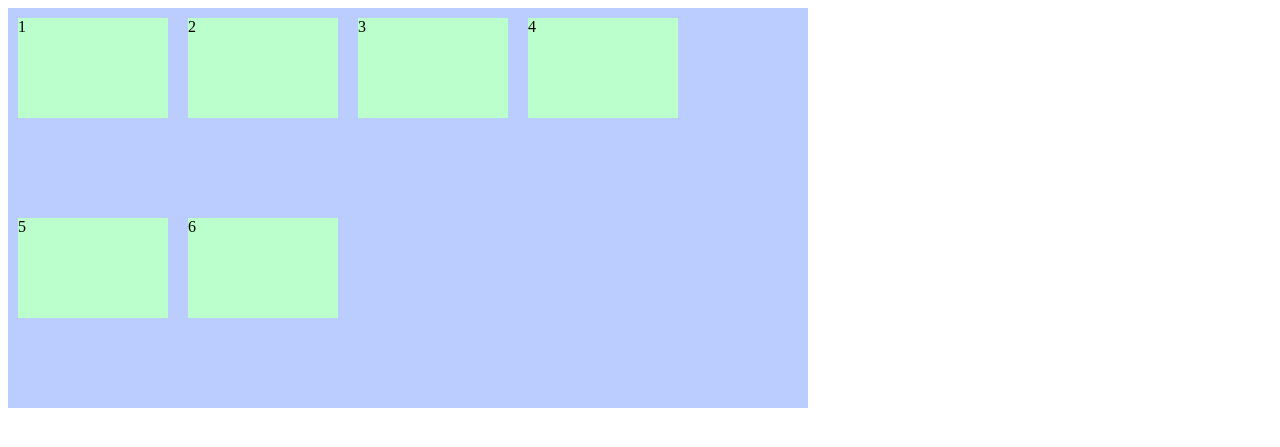
Repository: liutian97/learn1
Page: 移动端web开发/代码/2. Flex 伸缩布局/07-flex设置侧轴对齐方式（多行）.html
The author's editor kept a copy of each file at every save. The page is drawn from the files as they stood at one save, then again after a run of saves.
The browser window is 1280 px wide. The pictures show the whole page.

Above is the page before, as saved 2022-07-02 17:34:45.

After the next 2 saves:
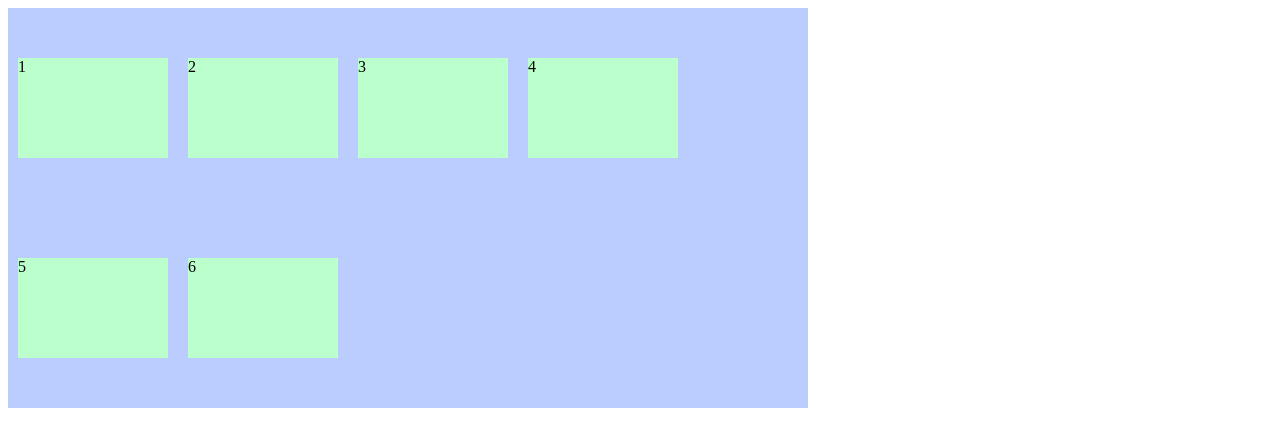
The 2 saves are shown as one change because they came seconds apart.
The last was saved 7 s later.
--- a/移动端web开发/代码/2. Flex 伸缩布局/07-flex设置侧轴对齐方式（多行）.html
+++ b/移动端web开发/代码/2. Flex 伸缩布局/07-flex设置侧轴对齐方式（多行）.html
@@ -19,7 +19,7 @@
       /* align-content: center; */
       /* align-content:flex-start; */
       /* align-content: flex-end; */
-      a
+      align-content: space-around;
     }
 
     div span {
